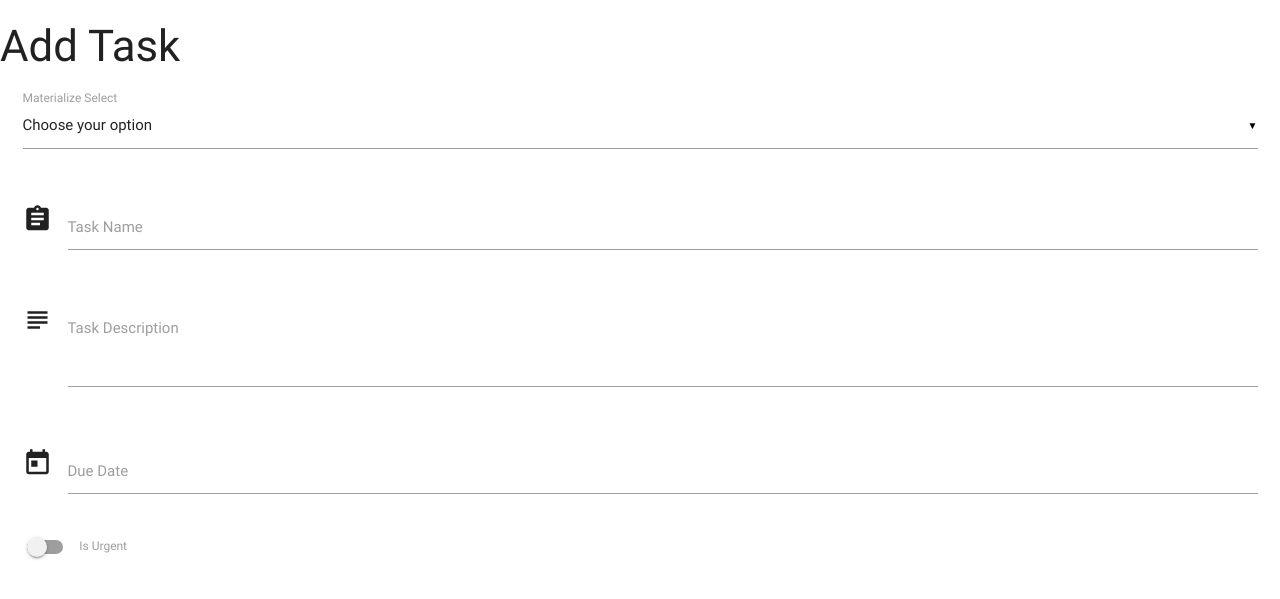
Repository: DanielJMaia/task-manager-minip
Page: http://localhost/add_task
The author's editor kept a record of every edit. The page is drawn from the files as they stood at one moment, then again after the next edit.
The browser window is 1280 px wide. The pictures show the whole page.
Some web libraries are served in a nearby version. The page is served by the project's application, run on Flask 3 (app.py).

Above is the page before.

After the next edit:
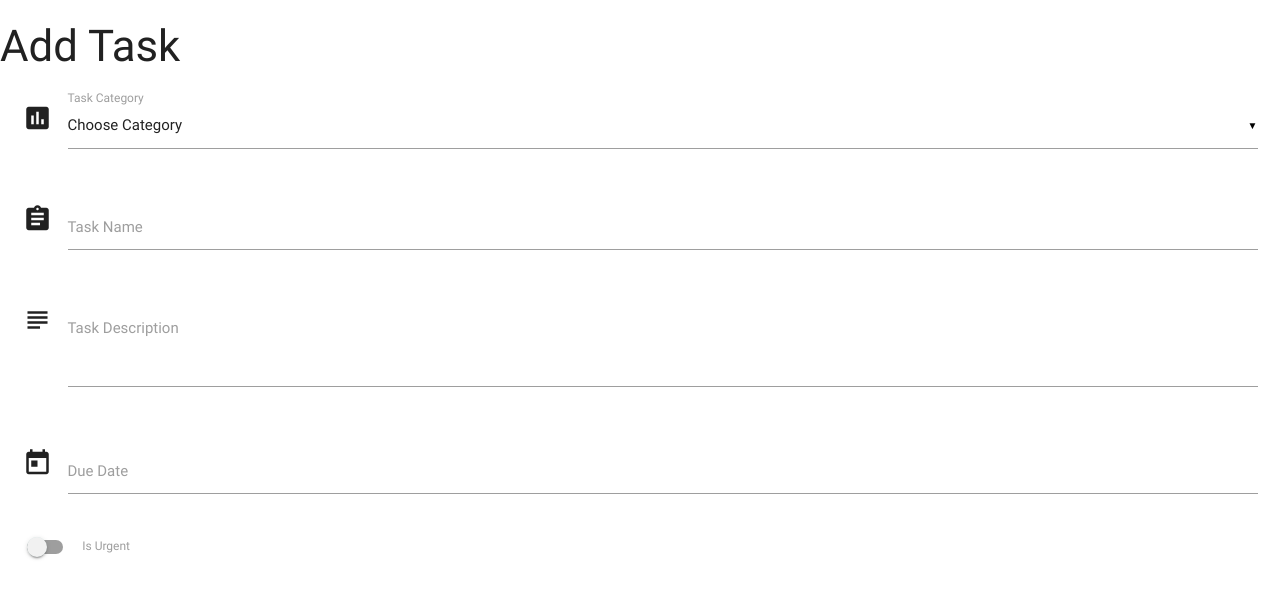
Console error: TypeError: Cannot read properties of null (reading 'addEventListener')
The edit:
--- a/templates/addtask.html
+++ b/templates/addtask.html
@@ -1,24 +1,23 @@
 {% extends 'base.html' %} {% block content %}
-
 <h3>Add Task</h3>
 <div class="row">
-    <form class="col s12">
+    <form action="" method="POST" class="col s12">
         <div class="row">
-            <div class="input-field col s12">
-                <select>
-      <option value="" disabled selected>Choose your option</option>
-      <option value="1">Option 1</option>
-                  <option value="2">Option 2</option>
-                  <option value="3">Option 3</option>
+            <div class="row">
+                <div class="input-field col s12">
+                    <i class="material-icons prefix">poll</i>
+                    <select id="category" name="category_name">
+                  <option value="" disabled selected>Choose Category</option>
+                  {% for cat in categories %}
+                      <option value="{{cat.category_name}}">{{cat.category_name}}</option>
+                  {% endfor %}
                 </select>
-                <label>Materialize Select</label>
+                    <label>Task Category</label>
+                </div>
             </div>
-        </div>
-
-        <div class="row">
             <div class="input-field col s12">
                 <i class="material-icons prefix">assignment</i>
-                <input id="task_name" name="task_name" type="text" class="validate">
+                <input id="task_name" name="task_name" type="text">
                 <label for="icon_prefix">Task Name</label>
             </div>
         </div>
@@ -30,18 +29,18 @@
             </div>
         </div>
         <div class="row">
-            <div class="input-field col s12" id="matfix">
+            <div class="input-field col s12">
                 <i class="material-icons prefix">today</i>
                 <input id="due_date" name="due_date" type="text" class="datepicker">
                 <label for="icon_prefix">Due Date</label>
             </div>
         </div>
         <div class="row">
-            <!-- Switch -->
             <div class="switch">
                 <label>
-                    <input id="is_urgent" name="is_urgent" type="checkbox">
-                    <span class="lever"></span>Is Urgent
+                  <input id="is_urgent" name="is_urgent" type="checkbox">
+                  <span class="lever"></span>
+                  Is Urgent
                 </label>
             </div>
         </div>

After the 2 edits that followed:
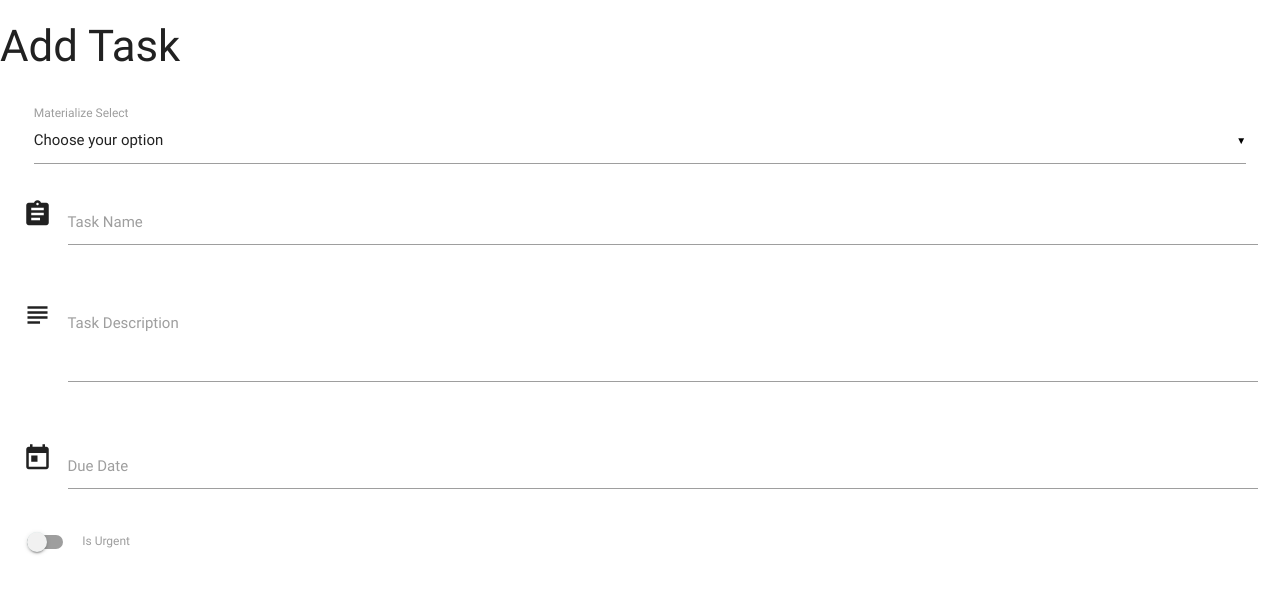
The error is gone.
The 2 edits are shown as one change because 1 left the picture as it was.
The edit:
--- a/templates/addtask.html
+++ b/templates/addtask.html
@@ -5,15 +5,15 @@
         <div class="row">
             <div class="row">
                 <div class="input-field col s12">
-                    <i class="material-icons prefix">poll</i>
-                    <select id="category" name="category_name">
-                  <option value="" disabled selected>Choose Category</option>
-                  {% for cat in categories %}
-                      <option value="{{cat.category_name}}">{{cat.category_name}}</option>
-                  {% endfor %}
-                </select>
-                    <label>Task Category</label>
-                </div>
+                    <div class="input-field col s12">
+    <select>
+      <option value="" disabled selected>Choose your option</option>
+      <option value="1">Option 1</option>
+      <option value="2">Option 2</option>
+      <option value="3">Option 3</option>
+    </select>
+    <label>Materialize Select</label>
+        </div>
             </div>
             <div class="input-field col s12">
                 <i class="material-icons prefix">assignment</i>
@@ -29,7 +29,7 @@
             </div>
         </div>
         <div class="row">
-            <div class="input-field col s12">
+            <div class="input-field col s12" id="matfix">
                 <i class="material-icons prefix">today</i>
                 <input id="due_date" name="due_date" type="text" class="datepicker">
                 <label for="icon_prefix">Due Date</label>
